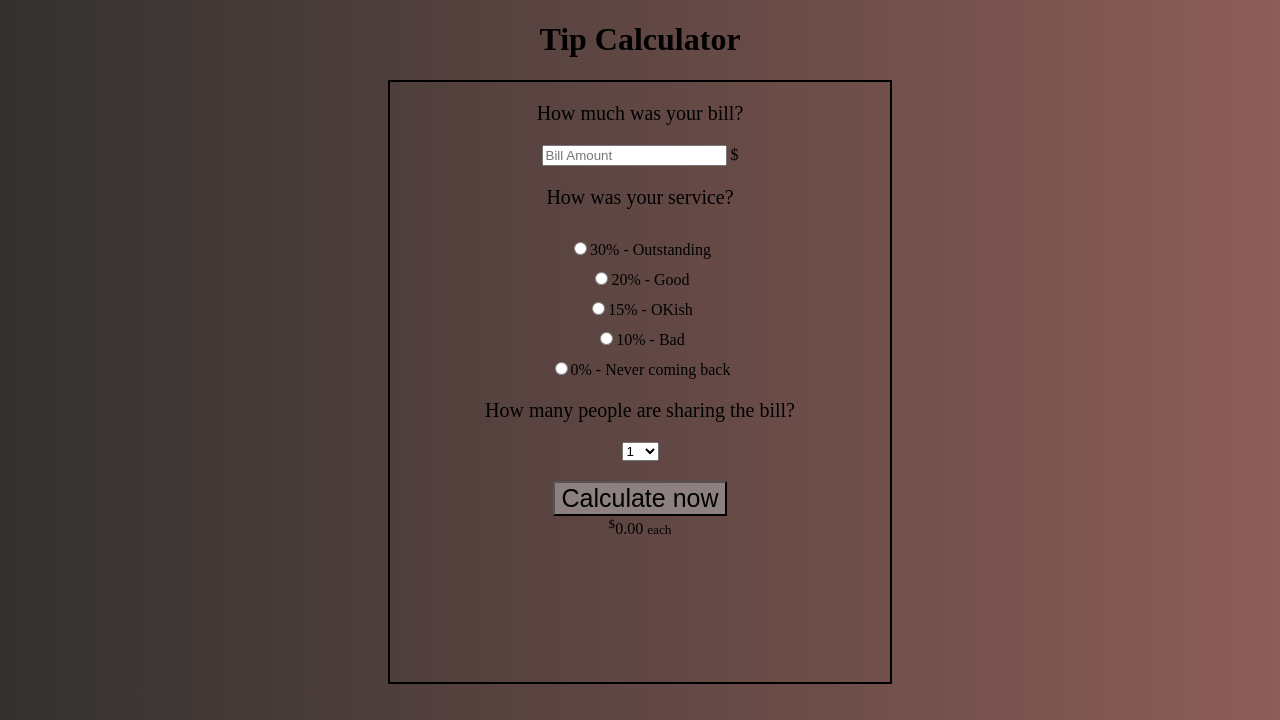
Repository: NiutaR/tip-calculator
Page: index.html
These files come from the project's save history. The page is drawn as it stood at one moment and after a run of saves; the edit follows.
The browser window is 1280 px wide. The pictures show the whole page.

Above is the page before, as saved 2021-07-28 18:01:07.
Console error: SyntaxError: Identifier 'totalBillAmount' has already been declared

After the next 2 saves:
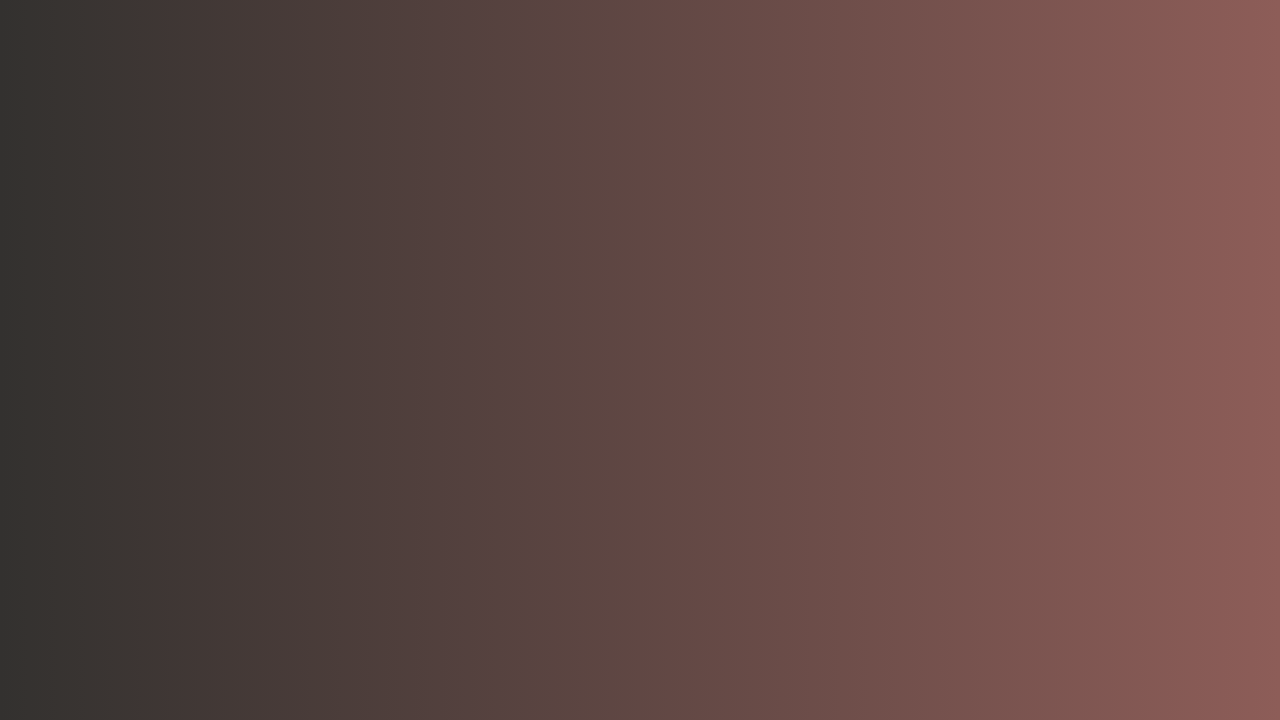
The error is gone.
The 2 saves are shown as one change because they came seconds apart.
The last was saved 53 min 9 s later.
--- a/index.html
+++ b/index.html
@@ -42,7 +42,7 @@
 
 
 
-   <div id="calculator">
+   <!--<div id="calculator">
        <h1>Tip Calculator</h1>
             <form id="mainForm">
                 <p>How much was your bill?</p>
